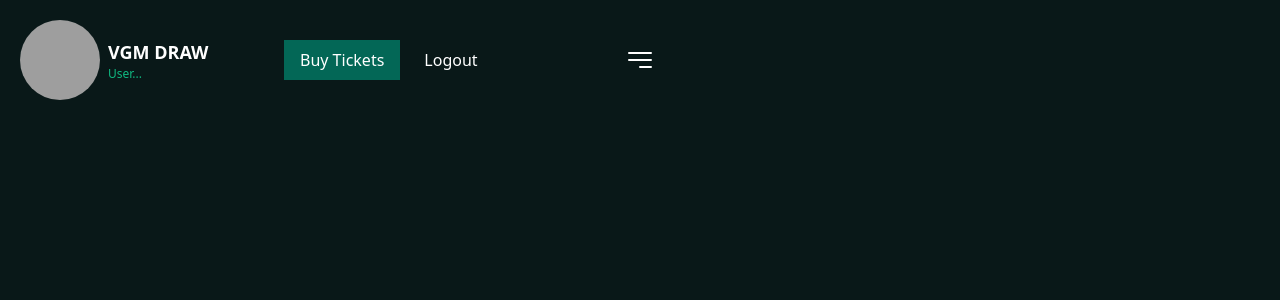
Repository: venu-369/lottery-web3
Page: /
These files come from the project's save history. The page is drawn as it stood at one moment and after the next save; the edit follows.
The browser window is 1280 px wide. The pictures show the whole page.
Pictures or frames that could not be fetched are drawn as grey boxes. The project was rebuilt for these pictures with package versions that can differ from the ones it lists, and the page was loaded fresh each time. The framework's server and built-in components were replaced by stand-ins that run in the browser. Also part of the build but not shown: next.config.js.

Above is the page before, as saved 2023-01-11 14:33:49.

After the next save:
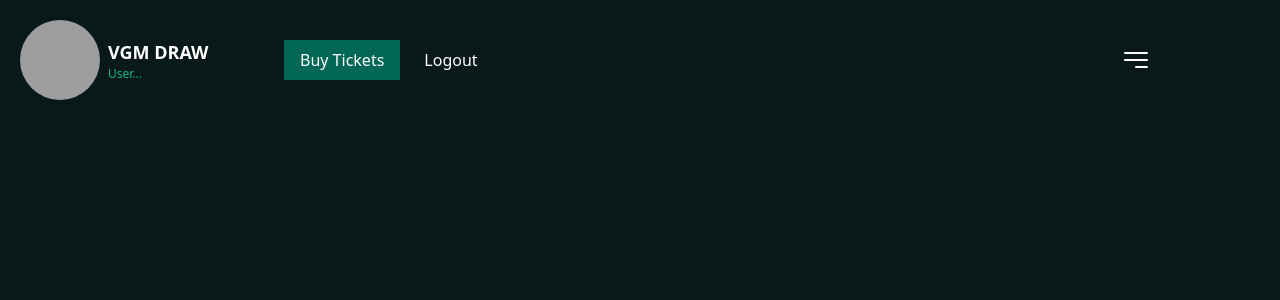
Saved 28 s later.
--- a/components/Header.tsx
+++ b/components/Header.tsx
@@ -18,7 +18,7 @@
         </div>
 
      </div>
-     <div>
+     <div className='md:col-span-3'>
         <div className='bf-[#0a1f1c] p-4 space-x-2'>
         <NavButton isActive title="Buy Tickets"/>
         <NavButton title="Logout"/>
